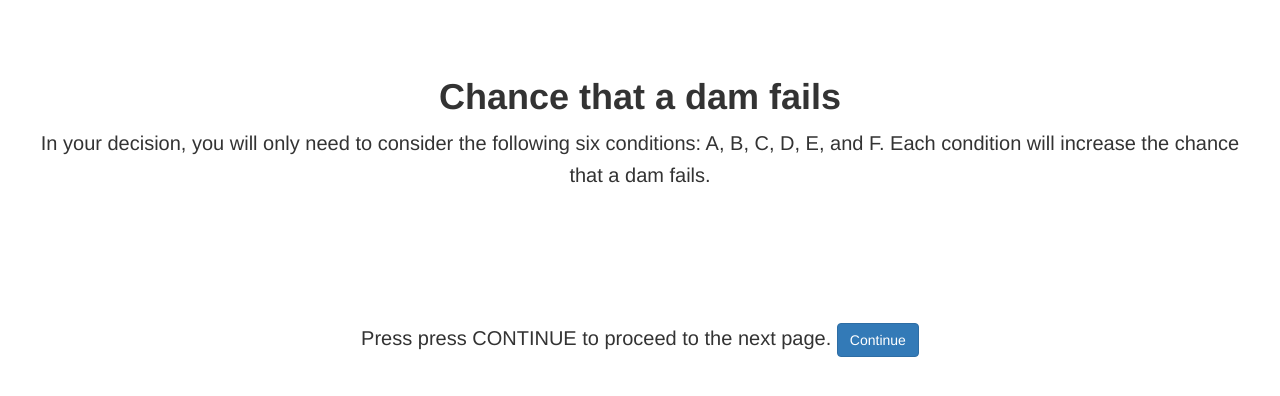
Repository: zmikaya/behavecon
Page: templates/group/Category3Dams_p3.html
The author's editor kept a record of every edit. The page is drawn from the files as they stood at one moment, then again after a run of edits.
The browser window is 1280 px wide. The pictures show the whole page.
The template is drawn by Django 2.2. The application's start-up code is not run. Other server files are loaded and not shown. The template is opened directly, without the code that normally fills it, so the values that code supplies are empty.

Above is the page before.
Console error: TypeError: Cannot read properties of null (reading 'getAttribute')

### templates/group/Category3Dams_p3.html
{% extends 'sidebar-base.html' %}
{% load staticfiles %}

        {% block body_block %}
        <!-- Page Content -->
        <div id="page-content-wrapper">
            <div class="container-fluid">
                <div class="row">
                    <div class="col-lg-12 center">
                        <h1><b>Chance that a dam fails</b></h1>
                        <p>In your decision, you will only need to consider
                            the following six conditions: A, B, C, D, E, and F.
                            Each condition will increase the chance that a dam
                            fails.
                        </p>
                        <div>
                            <p class="inline continue">Press press CONTINUE to proceed to the next page.</p>
                            <button type="button" class="btn btn-primary next" onclick="ajaxGetPage('p4')">Continue</button>
                        </div>
                        <!--<a href="#menu-toggle" class="btn btn-default" id="menu-toggle">Toggle Menu</a>-->
                    </div>
                </div>
            </div>
        </div>
        <!-- /#page-content-wrapper -->

        {% endblock %}

### templates/sidebar-base.html
<!DOCTYPE html>
{% load staticfiles %}
<html lang="en">

<head>

    <meta charset="utf-8">
    <meta http-equiv="X-UA-Compatible" content="IE=edge">
    <meta name="viewport" content="width=device-width, initial-scale=1">
    <meta name="description" content="">
    <meta name="author" content="">

    <title>BehaveCon</title>

    <!-- Bootstrap Core CSS -->
    <link href="{% static "css/bootstrap.min.css" %}" rel="stylesheet">

    <!-- Custom CSS -->
    <link href="{% static "css/simple-sidebar.css" %}" rel="stylesheet">

    <link href="{% static "css/style.css" %}" rel="stylesheet">

    <script src="{% static "js/jquery.js" %}"></script>

    <script src="{% static "js/embed.js" %}" type="text/javascript"></script>

    <!-- HTML5 Shim and Respond.js IE8 support of HTML5 elements and media queries -->
    <!-- WARNING: Respond.js doesn't work if you view the page via file:// -->
    <!--[if lt IE 9]>
        <script src="https://oss.maxcdn.com/libs/html5shiv/3.7.0/html5shiv.js"></script>
        <script src="https://oss.maxcdn.com/libs/respond.js/1.4.2/respond.min.js"></script>
    <![endif]-->


</head>

<body>

    <!--<div id="wrapper">-->

        <!-- Sidebar -->
    <!--    <div id="sidebar-wrapper">-->
    <!--        <ul class="sidebar-nav">-->
    <!--            <li class="sidebar-brand">-->
    <!--                <a href="#">-->
    <!--                    Start Bootstrap-->
    <!--                </a>-->
    <!--            </li>-->
    <!--            <li>-->
    <!--                <a href="#">Dashboard</a>-->
    <!--            </li>-->
    <!--            <li>-->
    <!--                <a href="#">Shortcuts</a>-->
    <!--            </li>-->
    <!--            <li>-->
    <!--                <a href="#">Overview</a>-->
    <!--            </li>-->
    <!--            <li>-->
    <!--                <a href="#">Events</a>-->
    <!--            </li>-->
    <!--            <li>-->
    <!--                <a href="#">About</a>-->
    <!--            </li>-->
    <!--            <li>-->
    <!--                <a href="#">Services</a>-->
    <!--            </li>-->
    <!--            <li>-->
    <!--                <a href="#">Contact</a>-->
    <!--            </li>-->
    <!--        </ul>-->
    <!--    </div>-->
        <!-- /#sidebar-wrapper -->

        <!-- Page Content -->
        {% block body_block %}{% endblock %}
    <!-- /#wrapper -->

    <!-- jQuery -->
    <script src="{% static "js/jquery.js" %}"></script>

    <!-- Bootstrap Core JavaScript -->
    <script src="{% static "js/bootstrap.min.js" %}"></script>

    <script src="{% static "js/script.js" %}"></script>

    <!-- Menu Toggle Script -->
    <script>
    $("#menu-toggle").click(function(e) {
        e.preventDefault();
        $("#wrapper").toggleClass("toggled");
    });
    </script>

</body>

</html>

### static/css/simple-sidebar.css
/*!
 * Start Bootstrap - Simple Sidebar HTML Template (http://startbootstrap.com)
 * Code licensed under the Apache License v2.0.
 * For details, see http://www.apache.org/licenses/LICENSE-2.0.
 */

/* Toggle Styles */

#wrapper {
    padding-left: 0;
    -webkit-transition: all 0.5s ease;
    -moz-transition: all 0.5s ease;
    -o-transition: all 0.5s ease;
    transition: all 0.5s ease;
}

#wrapper.toggled {
    padding-left: 250px;
}

#sidebar-wrapper {
    z-index: 1000;
    position: fixed;
    left: 250px;
    width: 0;
    height: 100%;
    margin-left: -250px;
    overflow-y: auto;
    background: #000;
    -webkit-transition: all 0.5s ease;
    -moz-transition: all 0.5s ease;
    -o-transition: all 0.5s ease;
    transition: all 0.5s ease;
}

#wrapper.toggled #sidebar-wrapper {
    width: 250px;
}

#page-content-wrapper {
    width: 100%;
    position: absolute;
    padding: 15px;
}

#wrapper.toggled #page-content-wrapper {
    position: absolute;
    margin-right: -250px;
}

/* Sidebar Styles */

.sidebar-nav {
    position: absolute;
    top: 0;
    width: 250px;
    margin: 0;
    padding: 0;
    list-style: none;
}

.sidebar-nav li {
    text-indent: 20px;
    line-height: 40px;
}

.sidebar-nav li a {
    display: block;
    text-decoration: none;
    color: #999999;
}

.sidebar-nav li a:hover {
    text-decoration: none;
    color: #fff;
    background: rgba(255,255,255,0.2);
}

.sidebar-nav li a:active,
.sidebar-nav li a:focus {
    text-decoration: none;
}

.sidebar-nav > .sidebar-brand {
    height: 65px;
    font-size: 18px;
    line-height: 60px;
}

.sidebar-nav > .sidebar-brand a {
    color: #999999;
}

.sidebar-nav > .sidebar-brand a:hover {
    color: #fff;
    background: none;
}

@media(min-width:768px) {
    #wrapper {
        padding-left: 250px;
    }

    #wrapper.toggled {
        padding-left: 0;
    }

    #sidebar-wrapper {
        width: 250px;
    }

    #wrapper.toggled #sidebar-wrapper {
        width: 0;
    }

    #page-content-wrapper {
        padding: 20px;
        position: relative;
    }

    #wrapper.toggled #page-content-wrapper {
        position: relative;
        margin-right: 0;
    }
}

### static/css/style.css
.center {
    text-align: center;
    font-size: 20px;
    margin-top: 3%;
    line-height: 160%;
}

.left-align {
    font-size: 20px;
    margin-top: 3%;
    line-height: 160%;
}

.left-align-width {
    font-size: 20px;
    margin-top: 3%;
    line-height: 160%;
    width: 80% !important;
}

.left-align-no-margin {
    font-size: 20px;
    margin-top: 0;
    line-height: 160%;
}

.inline {
    display: inline-block;
}

.continue {
    margin-top: 10%;
}

.text {
    font-size: 20px;
    line-height: 160%;
}

.left {
    margin-top: 3%;
    width: 50%;
    float: left;
}

.right {
    margin-top: 3%;
    width: 50%;
    float: right;
}

.damTable {
    max-height: 100%;
    max-width: 100%;
    margin-top: 15%;
}

.damContinue {
    float: right;
    font-size: 20px;
    padding-right: 5%;
}

.bullet-points li {
    margin-bottom: 2%;
}

.practice-ml-row{
    height: 150px;
    border-bottom: thick solid #A69F9F;
}

.col-md-6 p{
    margin: 0;
    transform: translateY(50%);
}

.table-center {
    transform: translateY(50%);
}

.table-3-center {
    transform: translateY(20%);
}

.list-no-style {
    list-style-type: none;
}

.list-inline {
    vertical-align: top;
}

.table-inline {
    display: inline-block;
}
.border{
    height: 100%;
    border-left: thick solid #A69F9F;
}

.no-margin {
    margin: 0;
}

.chat {
    margin-top: 4%;
}

.enterinfo {
    width: 15%;
}

.error-msg {
    color: red;
}

.npresent {
    padding-left: 35px;
}



#leftAnswers {
    margin-top: 5%;
}

#black-border {
    border: solid black;
}

### static/js/embed.js
function tlkioOnload() {
    var target_element  = document.getElementById('tlkio'),
        channel_name    = target_element.getAttribute('data-channel'),
        custom_css_path = target_element.getAttribute('data-theme'),
        nickname        = target_element.getAttribute('data-nickname'),
        iframe          = document.createElement('iframe');

    // var iframe_src = 'http://embed.lvh.me:3000/' + channel_name,
    var iframe_src = '//embed.tlk.io/' + channel_name,
        iframe_query = [];


    if (custom_css_path && custom_css_path.length > 0) {
      iframe_query.push('custom_css_path=' + custom_css_path);
    }

    if (nickname && nickname.length > 0) {
      iframe_query.push('nickname=' + nickname);
    }

    if (iframe_query.length > 0) {
      iframe_src += '?' + iframe_query.join('&')
    }

    iframe.setAttribute('src', iframe_src);
    iframe.setAttribute('width', '100%');
    iframe.setAttribute('height', '100%');
    iframe.setAttribute('frameborder', '0');
    iframe.setAttribute('style', 'margin-bottom: -8px;');

    var current_style = target_element.getAttribute('style');
    target_element.setAttribute('style', 'overflow: auto; -webkit-overflow-scrolling: touch;' + current_style);

    target_element.appendChild(iframe);
};

### static/js/script.js
var url = "/Category3Dams/"

function getCookie(name) {
    var cookieValue = null;
    if (document.cookie && document.cookie != '') {
        var cookies = document.cookie.split(';');
        for (var i = 0; i < cookies.length; i++) {
            var cookie = jQuery.trim(cookies[i]);
            // Does this cookie string begin with the name we want?
            if (cookie.substring(0, name.length + 1) == (name + '=')) {
                cookieValue = decodeURIComponent(cookie.substring(name.length + 1));
                break;
            }
        }
    }
    return cookieValue;
}


// $('.next').click(function(){
//     var csrftoken = getCookie('csrftoken');
//     var id = $("#enterid").val();
//     var page = $(this).attr('id')+'/';
//     $.ajax({
//       type: "POST",
//       url: url + page,
//       data: {
//           'id': id,
//           'csrfmiddlewaretoken': csrftoken
//         },
//         success: nextPage,
//         dataType: 'html'
//     });
// });

function dictToList(dict) {
    var keys = Object.keys(dict).sort()
    var data = [];
    for (var i=0; i<keys.length; i++) {
        data.push(dict[keys[i]]);
    }
    return data
}

function ajaxGetPage(page, data){
    var csrftoken = getCookie('csrftoken');
    console.log(url+page)
    var id = $("#enterid").val();
    // var page = $(this).attr('id')+'/';
    if (data) {
        var out = JSON.stringify(dictToList(data));
        console.log(out)
        $.ajax({
          type: "POST",
          url: url + page,
          data: {
              'data': out,
              'csrfmiddlewaretoken': csrftoken
            },
            success: nextPage,
            dataType: 'html'
        });
    }
    else {
        $.ajax({
          type: "POST",
          url: url + page,
          data: {
              'id': id,
              'csrfmiddlewaretoken': csrftoken
            },
            success: nextPage,
            dataType: 'html'
        });
    }
};

function ajaxSendData(page, data){
    var csrftoken = getCookie('csrftoken');
    console.log(url+page)
    var id = $("#enterid").val();
    // var page = $(this).attr('id')+'/';
    if (data) {
        var out = JSON.stringify(dictToList(data));
        console.log(out)
        $.ajax({
          type: "POST",
          url: url + page,
          data: {
              'data': out,
              'csrfmiddlewaretoken': csrftoken
            },
            success: emptyReturn,
            dataType: 'html'
        });
    }
}


function emptyReturn(data, textStatus, jqXHR){
    // var data = $.parseHTML(data);
    // console.log(data)
    // $("html").empty();
    // for(var i=0; i<data.length; i++){
    //     $("html").append(data[i])
    // }
    // if (tlkioOnload) {
    //     tlkioOnload();
    // }
}

// if (tlkioOnload) {
//     tlkioOnload();
// }


// handles the returned html/data from Django
// clears existing body, then replaces it with returned html
var test = null;
function nextPage(data, textStatus, jqXHR){
    test = data;
    var data = $.parseHTML(data);
    console.log(data)
    $("html").empty();
    for(var i=0; i<data.length; i++){
        $("html").append(data[i])
    }
    if (tlkioOnload) {
        tlkioOnload();
    }
}

if (tlkioOnload) {
    tlkioOnload();
}

Loaded but not shown: static/css/bootstrap.min.css (library); static/js/jquery.js (library); static/js/bootstrap.min.js (library)

After the next 2 edits:
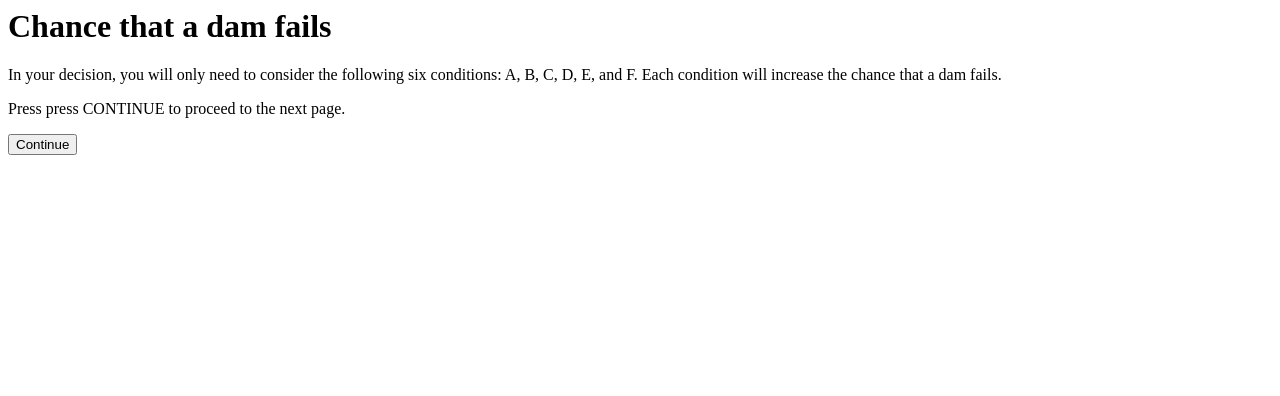
The error is gone.
The 2 edits are shown as one change because 1 did not build or start.
The edit:
--- a/templates/group/Category3Dams_p3.html
+++ b/templates/group/Category3Dams_p3.html
@@ -1,7 +1,4 @@
-{% extends 'sidebar-base.html' %}
-{% load staticfiles %}
 
-        {% block body_block %}
         <!-- Page Content -->
         <div id="page-content-wrapper">
             <div class="container-fluid">
@@ -23,5 +20,3 @@
             </div>
         </div>
         <!-- /#page-content-wrapper -->
-
-        {% endblock %}
